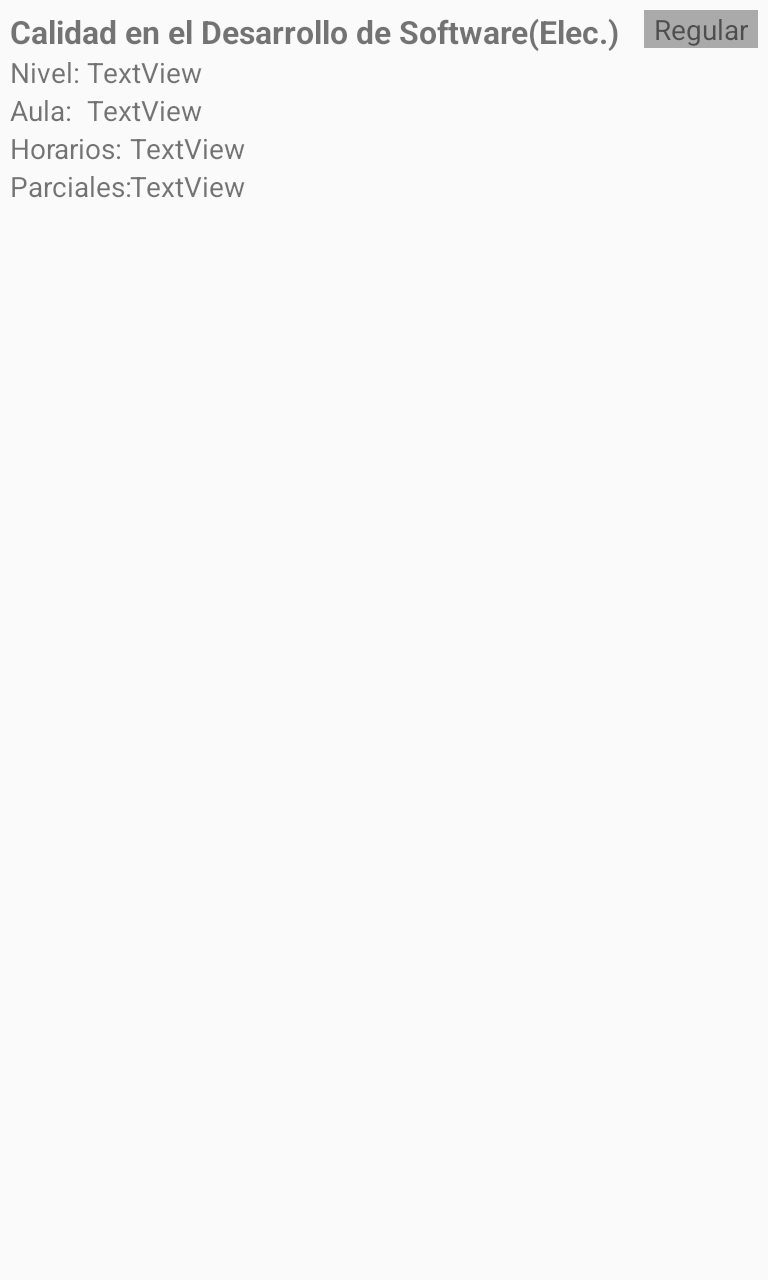
Repository: juanpablobono/Sysacadalumnos
Layout: Sysacad/res/layout/lst_cursado_item.xml
The author's editor kept a copy of each file at every save. The layout is drawn from the files as they stood at one save, then again after the next save.
It is drawn on a 768 x 1280 px phone screen (xhdpi) without system bars, with theme temaSysacad; the app's code is not run.

Above is the layout before, as saved 2014-07-07 12:48:09.

After the next save:
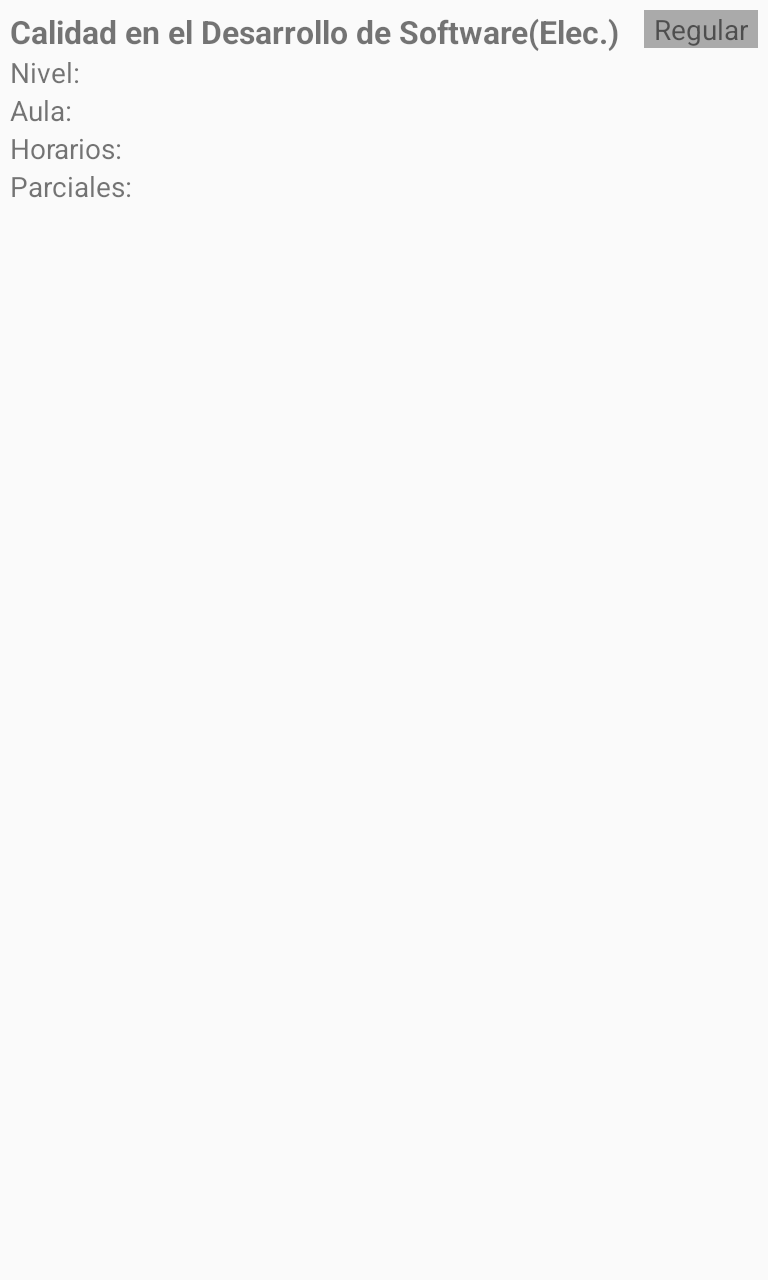
Saved 7 s later.
--- a/Sysacad/res/layout/lst_cursado_item.xml
+++ b/Sysacad/res/layout/lst_cursado_item.xml
@@ -51,7 +51,7 @@
         android:layout_alignBaseline="@+id/lblForNivel"
         android:layout_alignBottom="@+id/lblForNivel"
         android:layout_toRightOf="@+id/lblForNivel"
-        android:text="TextView" />
+        android:text="" />
 
     <TextView
         android:id="@+id/lblAula"
@@ -60,7 +60,7 @@
         android:layout_alignBaseline="@+id/lblForAula"
         android:layout_alignBottom="@+id/lblForAula"
         android:layout_alignLeft="@+id/lblNivel"
-        android:text="TextView" />
+        android:text="" />
 
     <TextView
         android:id="@+id/lblForHorarios"
@@ -85,7 +85,7 @@
         android:layout_alignBaseline="@+id/lblForHorarios"
         android:layout_alignBottom="@+id/lblForHorarios"
         android:layout_toRightOf="@+id/lblForHorarios"
-        android:text="TextView" />
+        android:text="" />
 
     <TextView
         android:id="@+id/lblParciales"
@@ -94,6 +94,6 @@
         android:layout_alignBaseline="@+id/lblForParciales"
         android:layout_alignBottom="@+id/lblForParciales"
         android:layout_alignLeft="@+id/lblHorarios"
-        android:text="TextView" />
+        android:text="" />
 
 </RelativeLayout>
